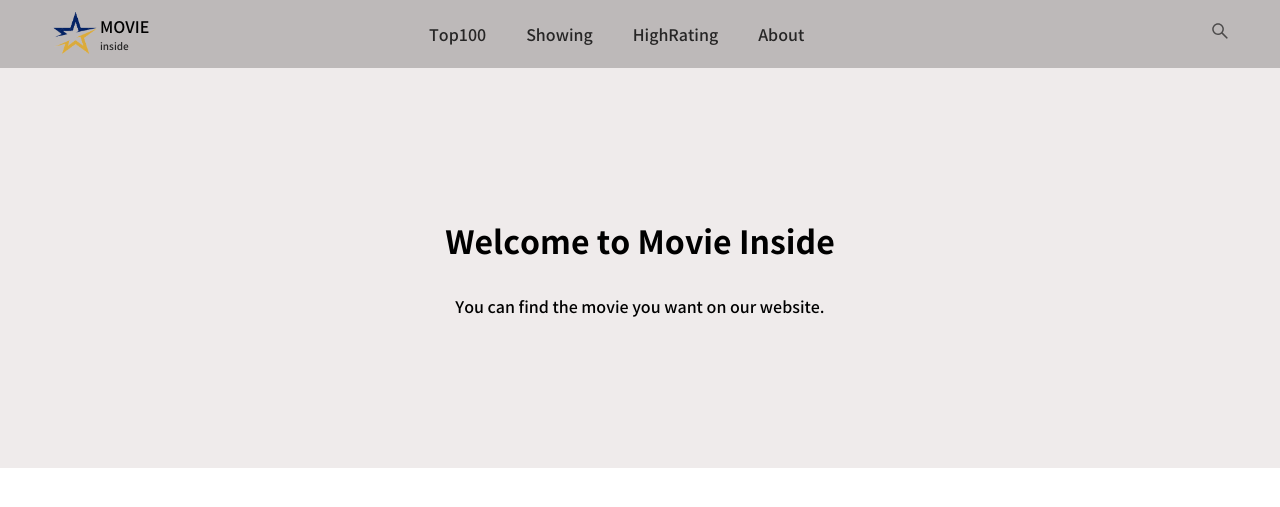
Repository: yangddoddi/Movie-Inside
Page: /
These files come from the project's save history. The page is drawn as it stood at one moment and after a run of saves; the edit follows.
The browser window is 1280 px wide. The pictures show the whole page.
The project was rebuilt for these pictures with package versions that can differ from the ones it lists, and the page was loaded fresh each time. Also part of the build but not shown: src/App.css, src/routes/Detail.js.

Above is the page before, as saved 2022-05-02 18:40:43.

After the next 2 saves:
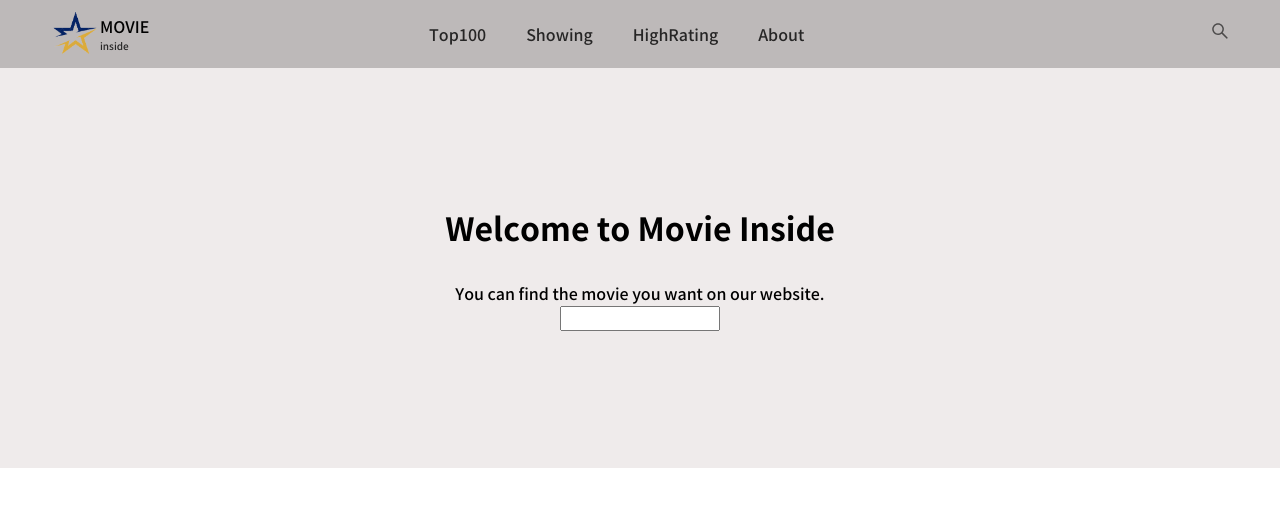
The 2 saves are shown as one change because they came seconds apart.
The last was saved 2 min 2 s later.
--- a/src/components/Main/Jumbotron.js
+++ b/src/components/Main/Jumbotron.js
@@ -7,6 +7,7 @@
       <div className={styles.jumbotronContainer}>
         <h1 className={styles.header}> Welcome to Movie Inside </h1>
         <p>You can find the movie you want on our website.</p>
+        <input className={styles.search} />
       </div>
     </div>
   );
